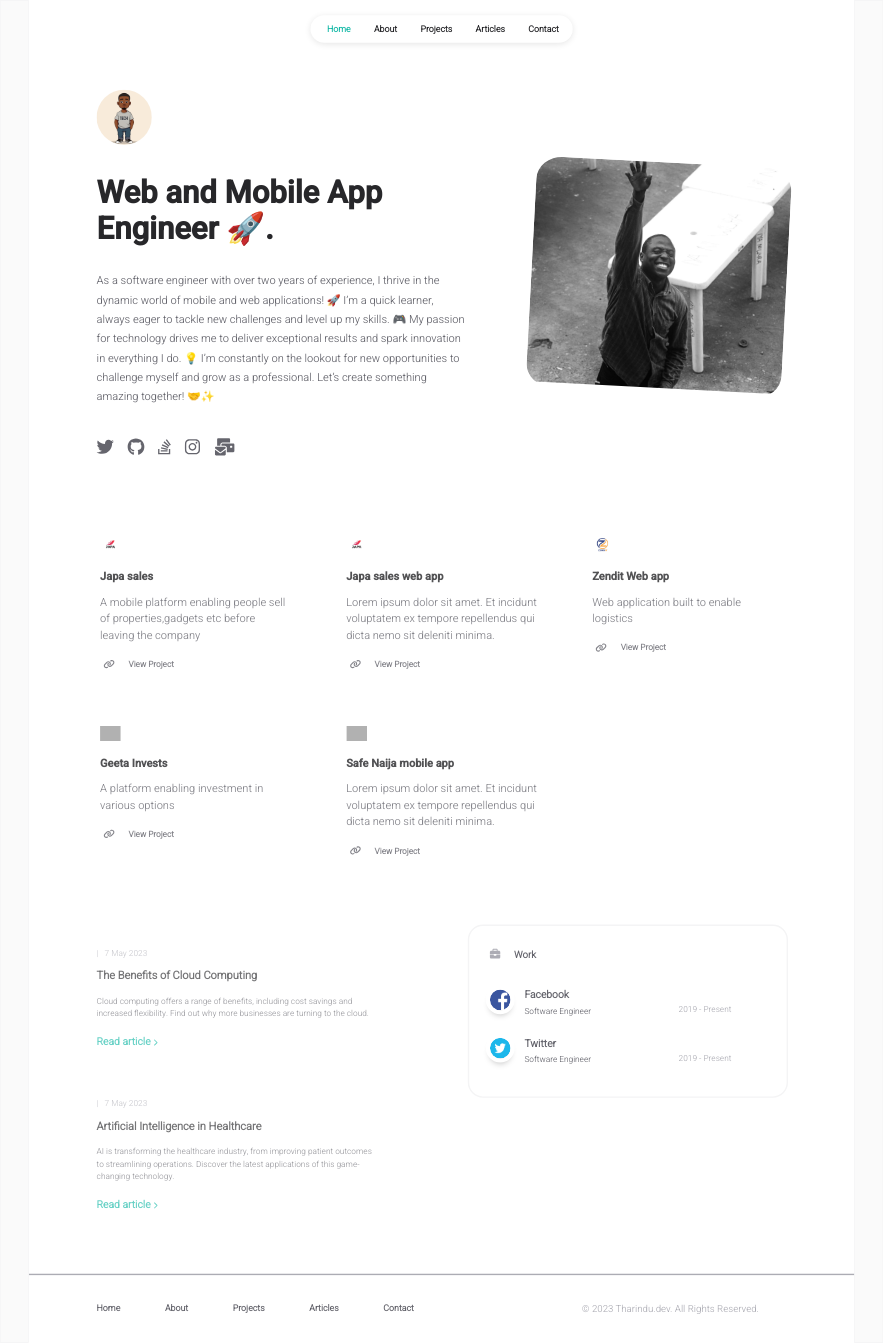
Repository: preyeopudu/preye-site
Page: /
An editor plug-in stored every save of this project. The page is shown before and after the next save, followed by the edit.
The browser window is 1280 px wide. The pictures show the whole page, at 69% of full size.
Pictures or frames that could not be fetched are drawn as grey boxes. The project was rebuilt for these pictures with package versions that can differ from the ones it lists, and the page was loaded fresh each time. Also part of the build but not shown: src/components/about/socials.jsx, src/pages/styles/about.css, src/pages/about.jsx, src/pages/styles/projects.css, src/pages/projects.jsx, src/components/articles/article.jsx, src/pages/styles/articles.css, src/pages/articles.jsx and 5 more.

Above is the page before, as saved 2024-12-18 19:50:21.

After the next save:
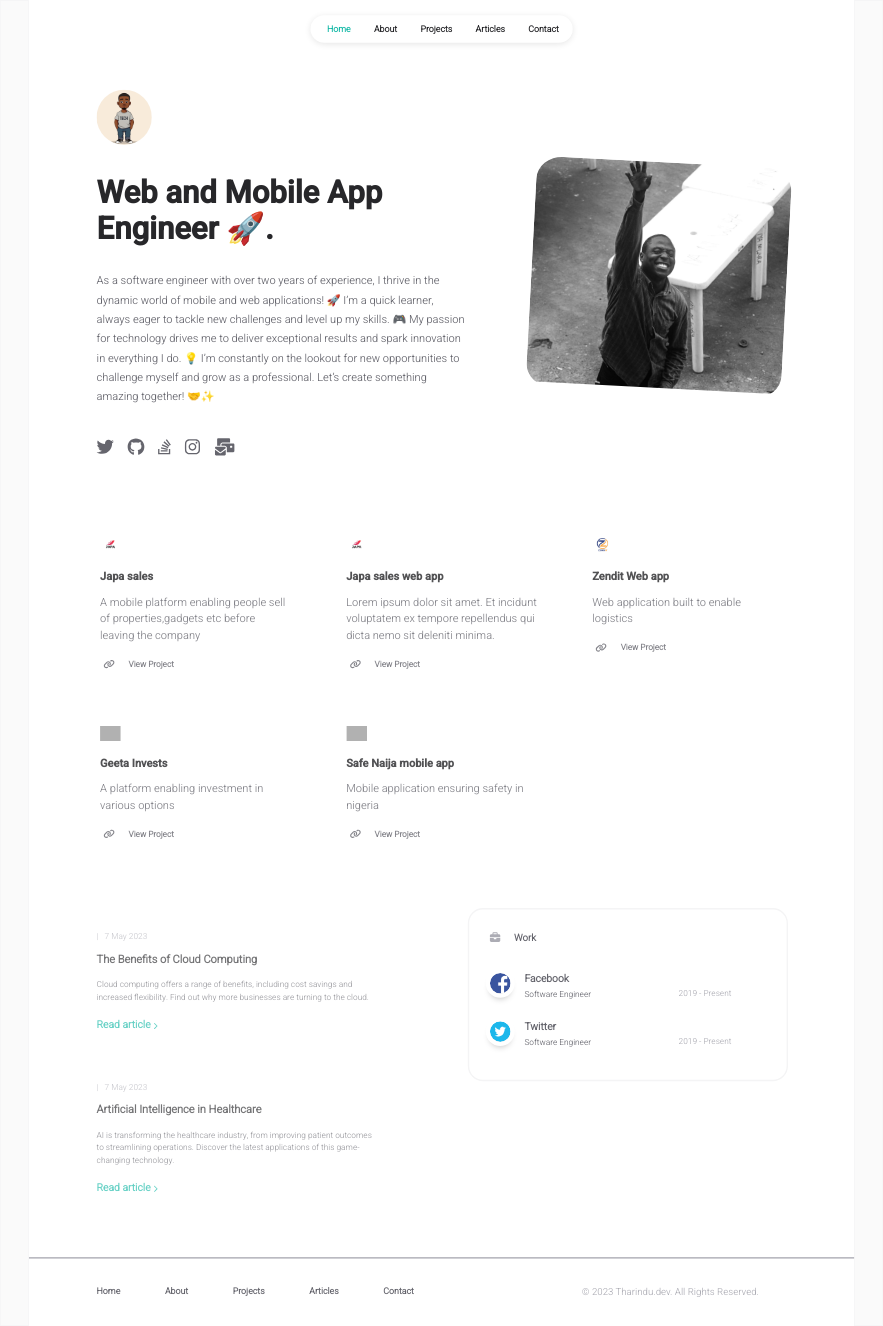
Saved 78 s later.
--- a/src/data/user.js
+++ b/src/data/user.js
@@ -70,8 +70,7 @@ const INFO = {
 
 		{
 			title: "Safe Naija mobile app",
-			description:
-				"Lorem ipsum dolor sit amet. Et incidunt voluptatem ex tempore repellendus qui dicta nemo sit deleniti minima.",
+			description: "Mobile application ensuring safety in nigeria",
 			logo: "https://cdn.jsdelivr.net/npm/programming-languages-logos/src/javascript/javascript.png",
 			linkText: "View Project",
 			link: "https://apps.apple.com/us/app/safe-naija-app/id6447293333",
